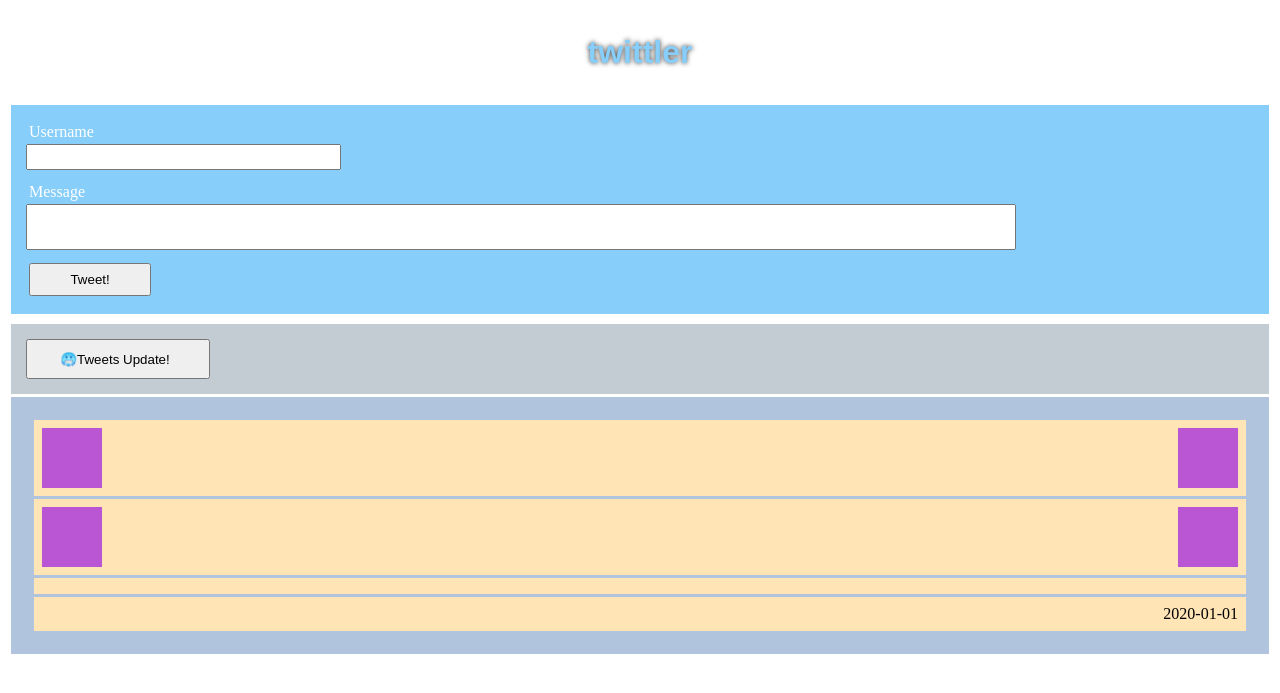
Repository: rlatlswo135/my_workstation
Page: im-sprint-twittler-master/index.html
The author's editor kept a copy of each file at every save. The page is drawn from the files as they stood at one save, then again after the next save.
The browser window is 1280 px wide. The pictures show the whole page.

Above is the page before, as saved 2021-05-27 15:13:23.
Console error: TypeError: Cannot set properties of null (setting 'innerHTML')

After the next save:
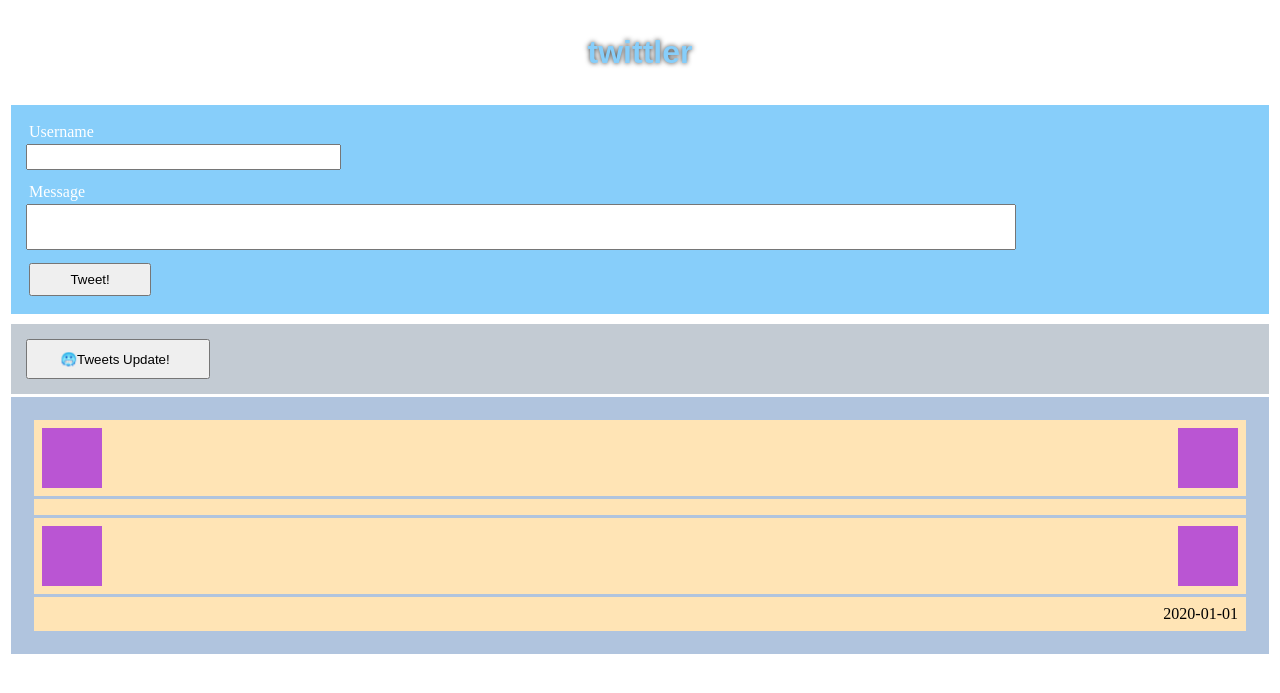
Saved 15 s later.
--- a/im-sprint-twittler-master/index.html
+++ b/im-sprint-twittler-master/index.html
@@ -25,12 +25,12 @@
     <div class="box"></div>
   </div>
   <div class="contaner">
+    <div></div>
+    <div></div>
+  </div>
+  <div class="contaner">
     <div class="box"></div>
     <div class="box"></div>
-  </div>
-  <div class="contaner">
-    <div></div>
-    <div></div>
   </div>
   <div class="contaner">
     <div></div>
